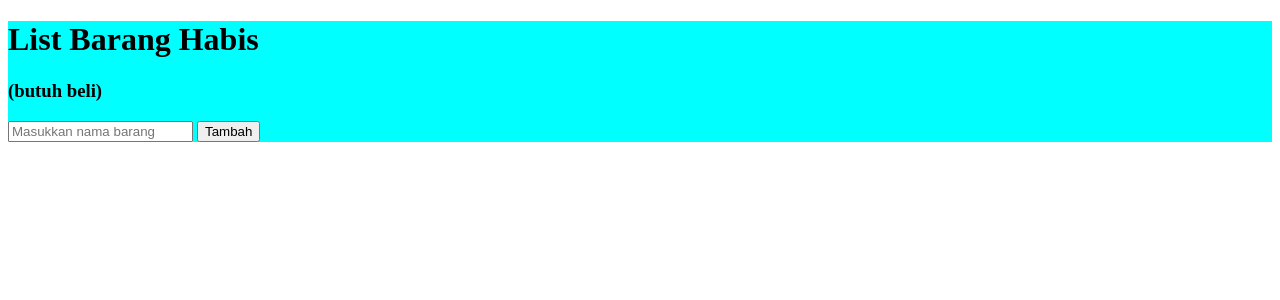
Repository: amorysdeo/dirumah
Page: index.html
These files come from the project's save history. The page is drawn as it stood at one moment and after a run of saves; the edit follows.
The browser window is 1280 px wide. The pictures show the whole page.

Above is the page before, as saved 2025-11-27 11:41:51.

### index.html
<!DOCTYPE html>
<html lang="en">
<head>
    <meta charset="UTF-8">
    <meta name="viewport" content="width=device-width, initial-scale=1.0">
    <link rel="stylesheet" href="css.css">
    <title>Belanja</title>
</head>
<body>
    <div id="main-box">
        <div id="title">
            <h1>List Barang Habis</h1>
            <h3>(butuh beli)</h3>
        </div>
        <div id="inputan">
            <input type="text" id="barang" name="barang" placeholder="Masukkan nama barang">
            <button>Tambah</button>
        </div>
    </div>


</body>
</html>

### css.css
#main-box{
    background-color: aqua;
    justify-content: center;
    align-items: center;
    mar
}

After the next 3 saves:
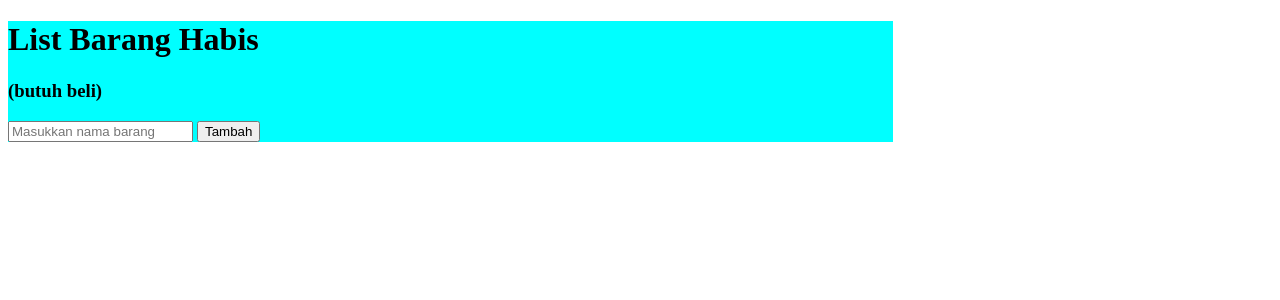
The 3 saves are shown as one change because they came seconds apart.
The last was saved 7 s later.
--- a/css.css
+++ b/css.css
@@ -2,5 +2,5 @@
     background-color: aqua;
     justify-content: center;
     align-items: center;
-    mar
+    width: 70%;
 }
